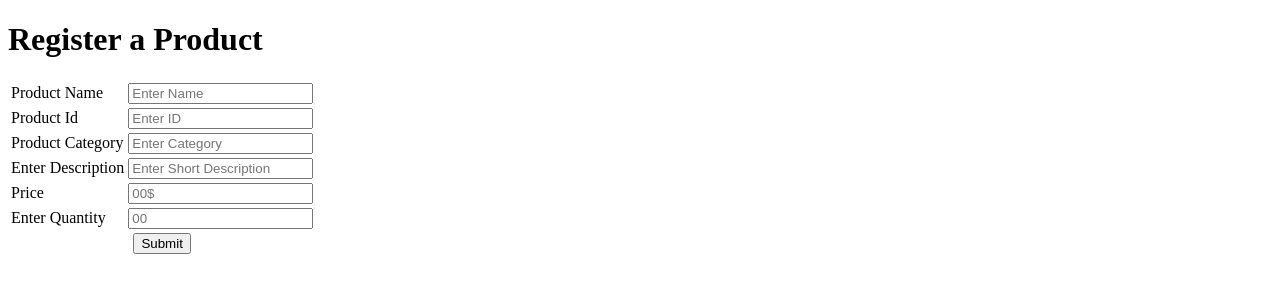
Repository: Dhwanishah1106/WTL
Page: Products/WebContent/product.html
The author's editor kept a copy of each file at every save. The page is drawn from the files as they stood at one save, then again after the next save.
The browser window is 1280 px wide. The pictures show the whole page.

Above is the page before, as saved 2019-04-07 10:20:38.

### Products/WebContent/product.html
<!DOCTYPE html>
<html>
<head>
<meta charset="UTF-8">
<title>Insert title here</title>
</head>
<body>
<form  method="POST" class="form1" action="First">
<h1>Register a Product</h1>
<table>
<tr>
	<td><label for="pname">Product Name</label></td>
	<td><input type="text" name="pname" id="pname" placeholder="Enter Name" required></td>
</tr>
<tr>
	<td><label for="productId">Product Id</label></td>
	<td><input type="number" name="productId" id="productId" placeholder="Enter ID" min="0"  required></td>
</tr>
<tr>
	<td><label for="category">Product Category</label></td>
	<td><input type="text" name="category" id="category" placeholder="Enter Category"  required></td>
</tr>
<tr>
	<td><label for="description">Enter Description</label></td>
	<td><input type="text" name="description" id="description" placeholder="Enter Short Description" required></td>
</tr>
<tr>
	<td><label for="price">Price</label></td>
	<td><input type="number" name="price" id="price" placeholder="00$" min="0" required></td>
</tr>
<tr>
	<td><label for="quantity">Enter Quantity</label></td>
	<td><input type="number" name="quantity" id="quantity" placeholder="00" min="0"  required></td>
</tr>
<tr>
	<td colspan="2" align="center"><input class="btn1" type="submit" value="Submit" name="submit" ></td>
</tr>
</table>
</form>
</body>
</html>

After the next save:
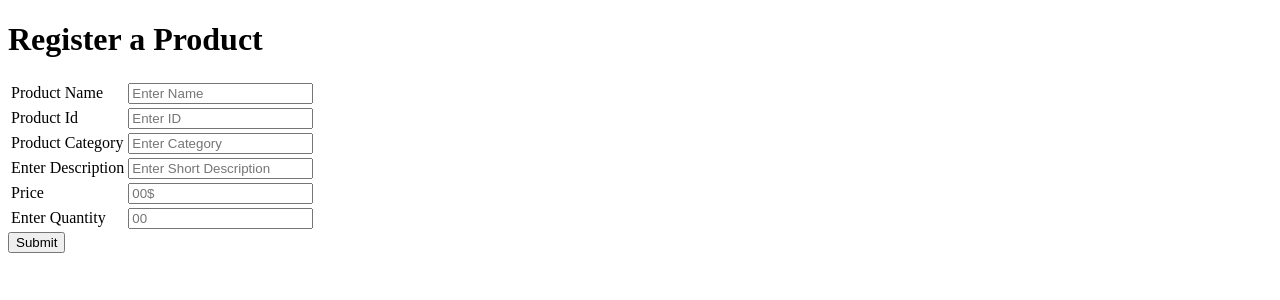
Saved 53 s later.
--- a/Products/WebContent/product.html
+++ b/Products/WebContent/product.html
@@ -32,10 +32,8 @@
 	<td><label for="quantity">Enter Quantity</label></td>
 	<td><input type="number" name="quantity" id="quantity" placeholder="00" min="0"  required></td>
 </tr>
-<tr>
-	<td colspan="2" align="center"><input class="btn1" type="submit" value="Submit" name="submit" ></td>
-</tr>
 </table>
+<input type="submit" value="Submit" name="submit" >
 </form>
 </body>
 </html>
